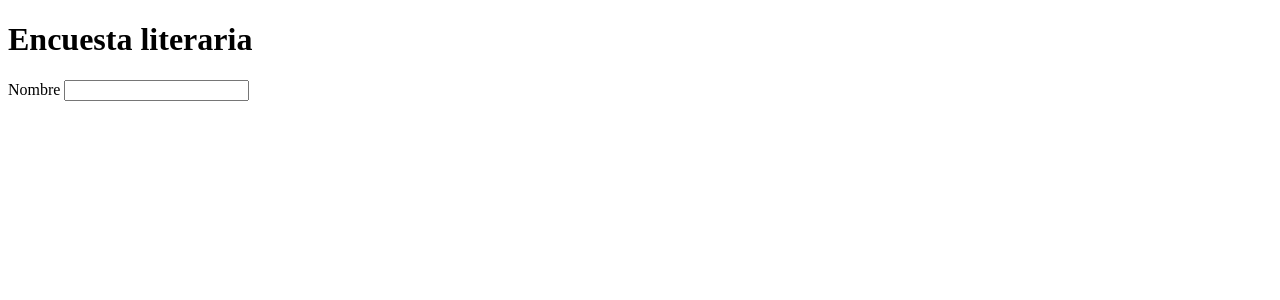
Repository: RaulWhite/javaEE
Page: Encuesta/WebContent/index.html
These files come from the project's save history. The page is drawn as it stood at one moment and after the next save; the edit follows.
The browser window is 1280 px wide. The pictures show the whole page.

Above is the page before, as saved 2017-02-16 17:46:19.

After the next save:
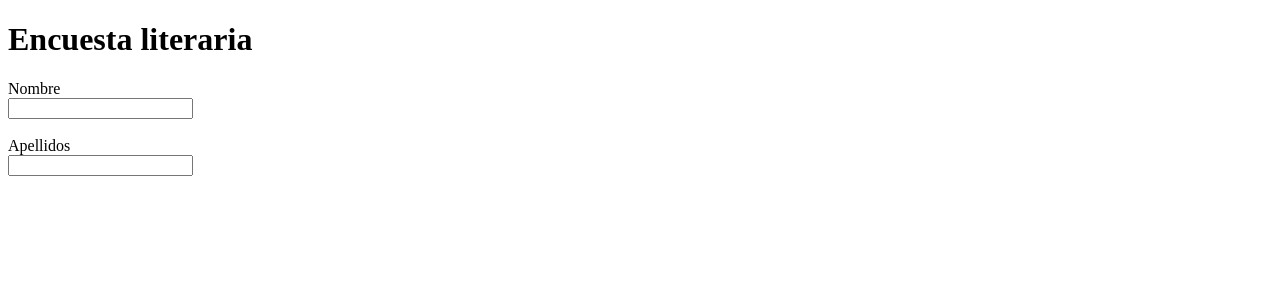
Saved 33 s later.
--- a/Encuesta/WebContent/index.html
+++ b/Encuesta/WebContent/index.html
@@ -7,8 +7,11 @@
 	<body>
 		<h1>Encuesta literaria</h1>
 		<form action="/Encuesta/mostrar">
-			Nombre
-			<input type="text" name="nombre">
+			Nombre<br>
+			<input type="text" name="nombre"><br><br>
+			Apellidos<br>
+			<input type="text" name="apellidos"><br><br>
+
 		</form>
 	</body>
 </html>
